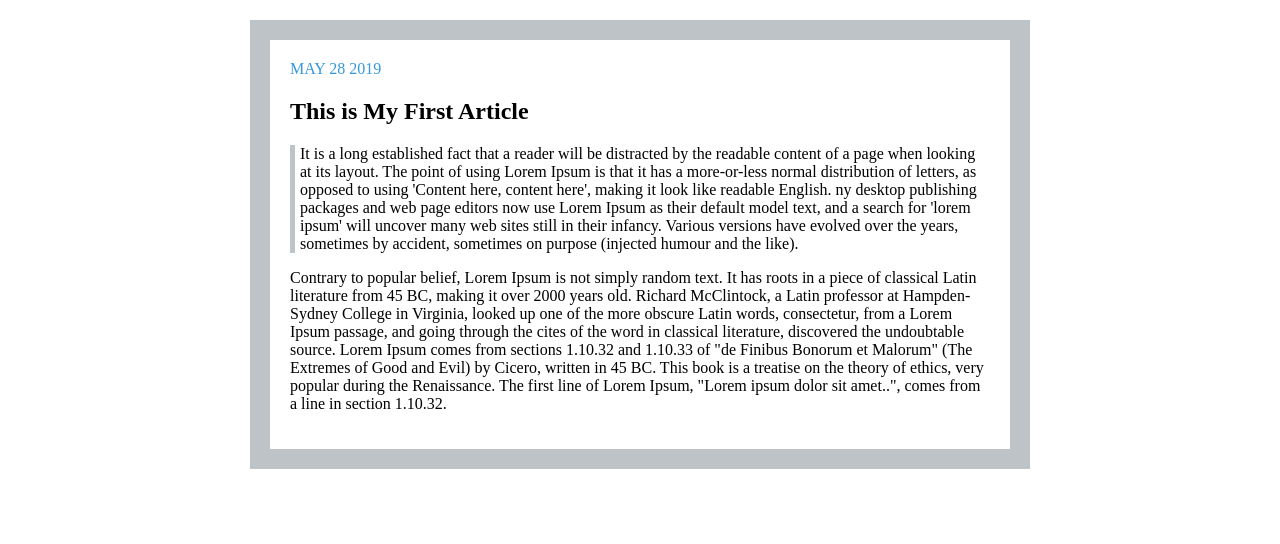
Repository: manojsatya/Web_development
Page: CSS_Blog/blog.html
These files come from the project's save history. The page is drawn as it stood at one moment and after the next save; the edit follows.
The browser window is 1280 px wide. The pictures show the whole page.
Some web fonts or font styles are not loaded; a fallback is used.

Above is the page before, as saved 2019-05-28 17:11:52.

### CSS_Blog/blog.html
<!DOCTYPE html>
<html lang="en">
<head>
    <meta charset="UTF-8">
    <meta name="viewport" content="width=device-width, initial-scale=1.0">
    <meta http-equiv="X-UA-Compatible" content="ie=edge">
    <title>CSS Blog</title>
    <link href="https://fonts.googleapis.com/css?family=Source+Sans+Pro:400,700&display=swap" rel="stylesheet">
    <link rel="stylesheet" href="blog.css">

</head>
<body>
    <div class="post">
        <div class="date"> May 28 2019</div>
        <h2>This is My First Article</h2>

        <p class="quote">It is a long established fact that a reader will be distracted by the readable content of a
            page when looking at its layout. The point of using Lorem Ipsum is that it has a more-or-less normal
            distribution of letters, as opposed to using 'Content here, content here', making it look like readable English.
            ny desktop publishing packages and web page editors now use Lorem Ipsum as their default model text,
            and a search for 'lorem ipsum' will uncover many web sites still in their infancy. Various versions have evolved
            over the years, sometimes by accident, sometimes on purpose (injected humour and the like).</p>

        <p>Contrary to popular belief, Lorem Ipsum is not simply random text.
            It has roots in a piece of classical Latin literature from 45 BC,
            making it over 2000 years old. Richard McClintock, a Latin professor
            at Hampden-Sydney College in Virginia, looked up one of the more obscure
            Latin words, consectetur, from a Lorem Ipsum passage, and going through the
            cites of the word in classical literature, discovered the undoubtable source.
            Lorem Ipsum comes from sections 1.10.32 and 1.10.33 of "de Finibus Bonorum et Malorum"
            (The Extremes of Good and Evil) by Cicero, written in 45 BC.
            This book is a treatise on the theory of ethics, very popular during the Renaissance.
            The first line of Lorem Ipsum, "Lorem ipsum dolor sit amet..", comes from a line in section 1.10.32.</p>

    </div>

</body>
</html>

### CSS_Blog/blog.css
body{
    border: 20px solid #bdc3c7;
    padding: 20px;
    max-width: 700px;
    margin: 20px auto;
    width: 80%;
    font-family: Source Sans Pro;
}

.quote{
    border-left: 5px solid #bdc3c7;
    padding-left: 5px;

}

.date{
    color: #3498db;
    text-transform: uppercase;
}

After the next save:
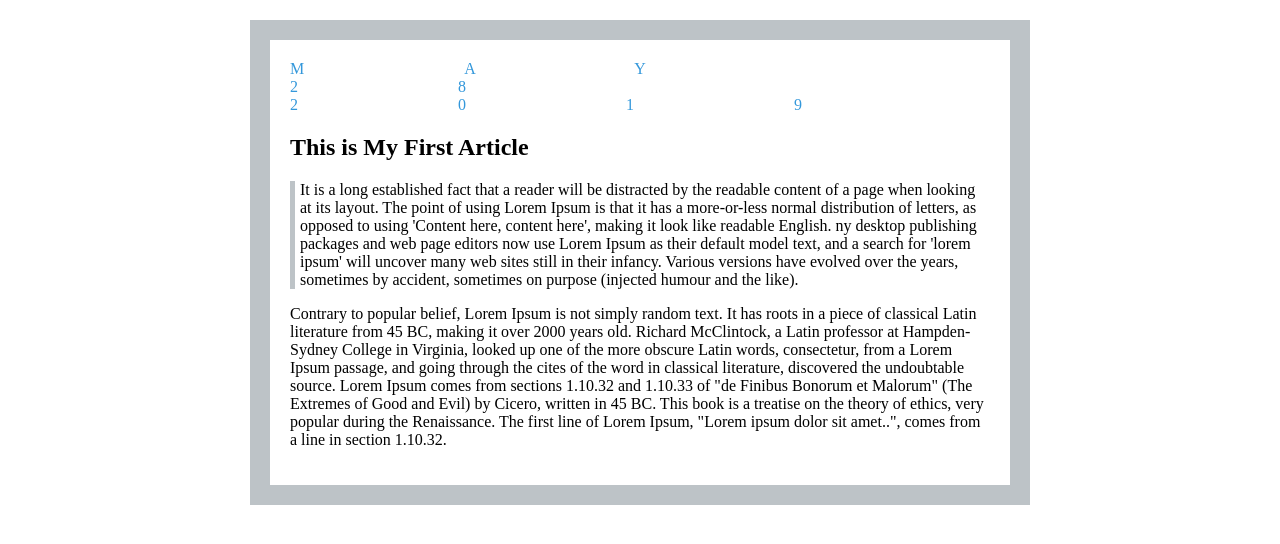
Saved 31 s later.
--- a/CSS_Blog/blog.css
+++ b/CSS_Blog/blog.css
@@ -16,4 +16,5 @@
 .date{
     color: #3498db;
     text-transform: uppercase;
+    letter-spacing: 10rem;
 }

After the save that followed:
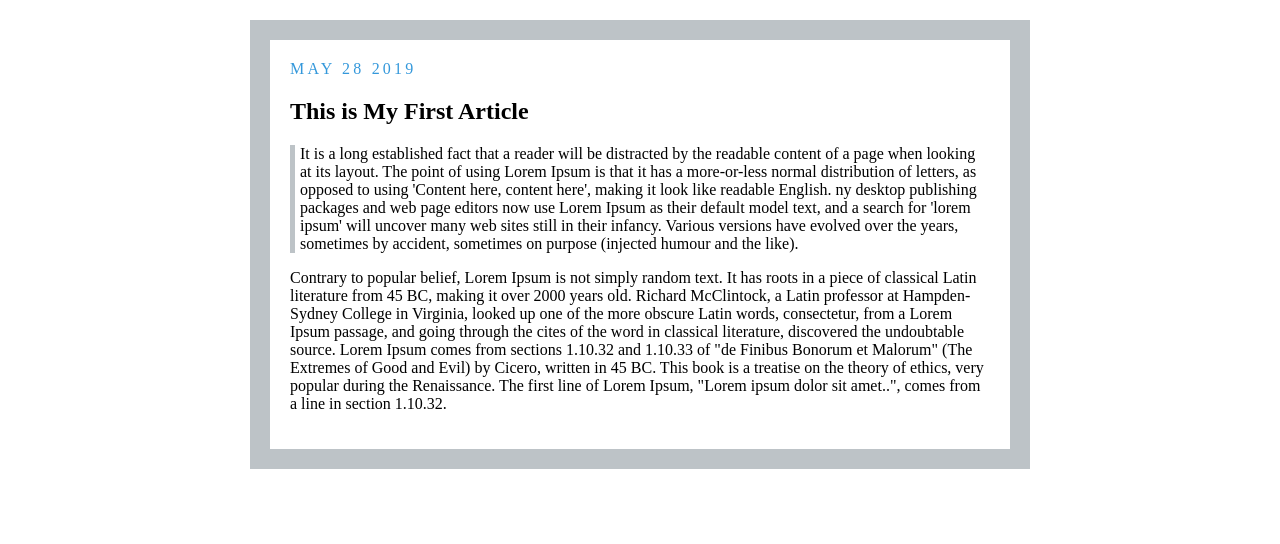
Saved 74 s later.
--- a/CSS_Blog/blog.css
+++ b/CSS_Blog/blog.css
@@ -16,5 +16,5 @@
 .date{
     color: #3498db;
     text-transform: uppercase;
-    letter-spacing: 10rem;
+    letter-spacing: 0.2rem;
 }
